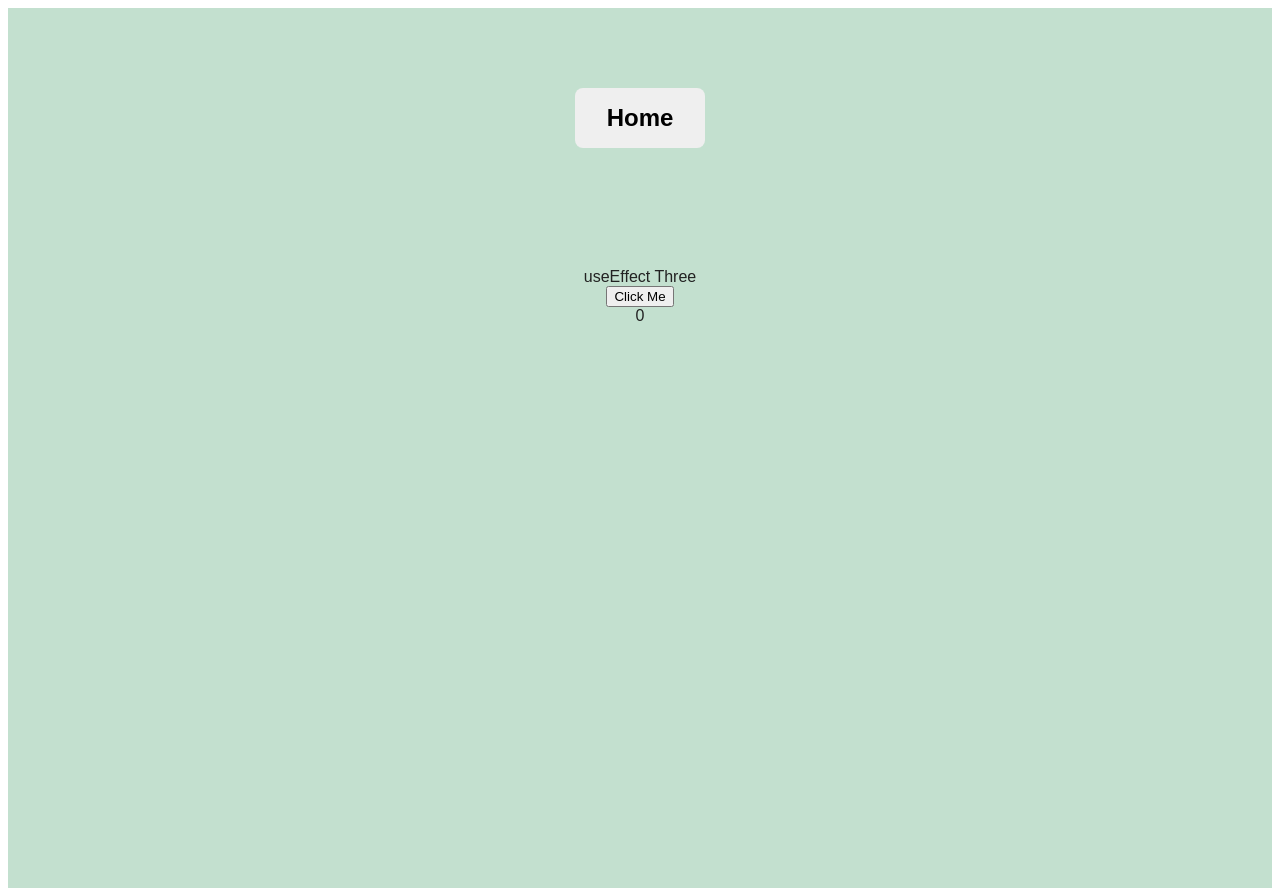
Repository: giovanabirck/class8
Page: /useEffectThree
An editor plug-in stored every save of this project. The page is shown before and after the next save, followed by the edit.
The browser window is 1280 px wide. The pictures show the whole page.
The project was rebuilt for these pictures with package versions that can differ from the ones it lists, and the page was loaded fresh each time. The framework's server and built-in components were replaced by stand-ins that run in the browser. Also part of the build but not shown: next.config.js.

Above is the page before, as saved 2023-02-23 18:13:58.

### pages/useEffectThree.js
import Link from "next/link"
import { useEffect, useState } from "react";
import styles from '@/styles/UseEffectThree.module.css'


export default function useEffectThree() {

    const [number, setNumber] = useState(0);

    const [value, setValue] = useState(-10);

    useEffect(() => {
        setValue(value + 10)
    }, [number])

    return(
        <>
            <main className={styles.main}>

                <div className={styles.top_back}>
                    <Link href="/">
                        <button className={styles.btn}>Home</button>
                    </Link>
                </div>

                <div className={styles.content}>

                </div>

                <div>
                    useEffect Three
                </div>

                <div>
                    <button onClick={() => setNumber(number + 1)}>Click Me</button>
                </div>

                <div>
                    {value}
                </div>

            </main>
        </>
    )
}

### styles/globals.css
:root {
  --blue: #95CDF9;
  --green: #C3E0CF;
  --orange: #EF8B66;
  --white: #f4f9fd;
  --black: #222222;
  }

### styles/UseEffectThree.module.css
.main {
    display: flex;
    flex-direction: column;
    align-items: center;
    padding: 5rem;
    height: 100vh;
    font-family: Arial, Helvetica, sans-serif;
    color: var(--black);
    background-color: var(--green);
  }

  .btn {
    font-weight: 900;
    font-size: 1.5rem;
    padding: 1rem 2rem;
    border-radius: 0.5rem;
    border-style: none;
    cursor: pointer;
  }

  .top_back {
    height: 25vh;
  }

  .content {
    display: flex;
    flex-direction: column;
    align-items: center;
    font-size: 2rem;
    font-weight: 800;
  }

  .content_title {
    padding: 2rem;
  }

Loaded but not shown: pages/_app.js (common file); pages/_document.js (common file)

After the next save:
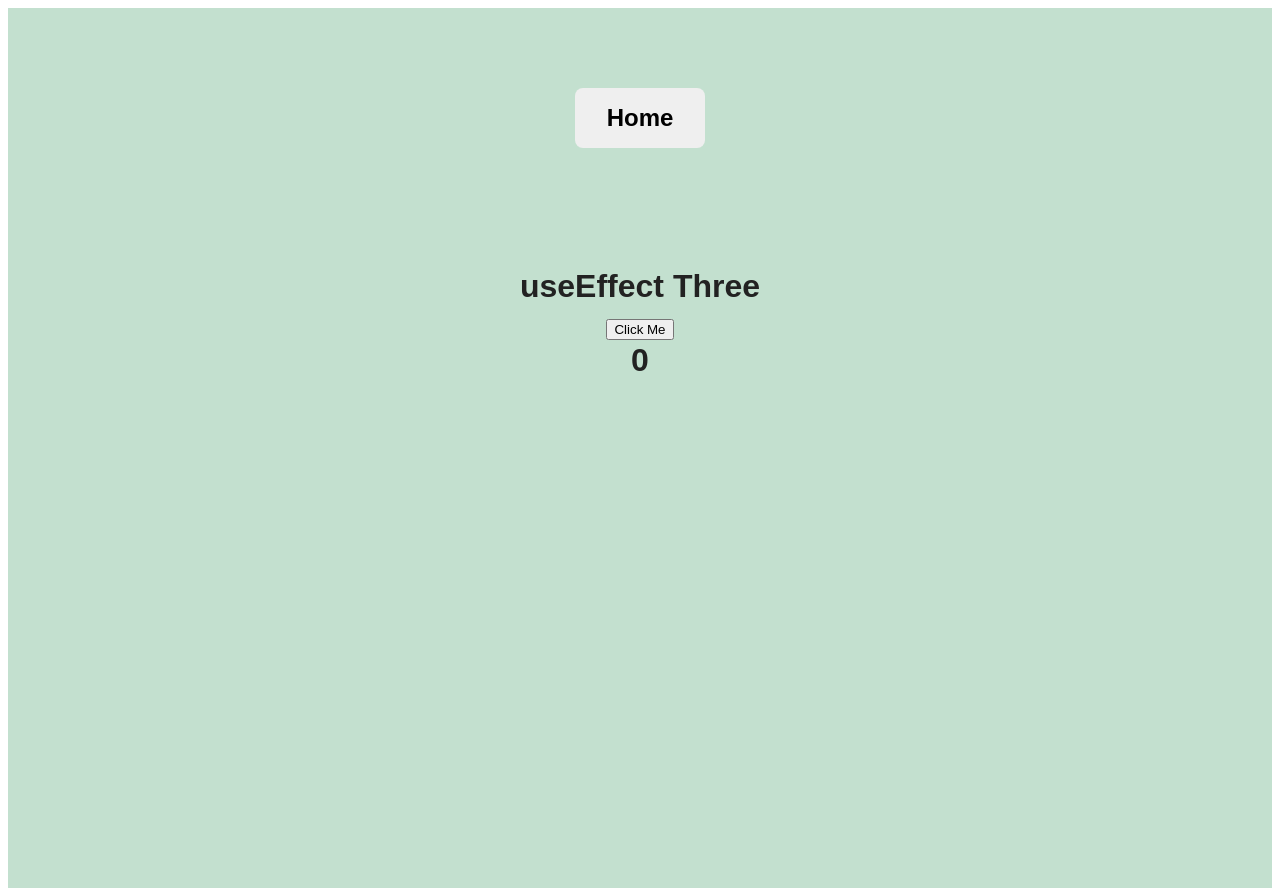
Saved 7 s later.
--- a/pages/useEffectThree.js
+++ b/pages/useEffectThree.js
@@ -24,20 +24,20 @@ export default function useEffectThree() {
                 </div>
 
                 <div className={styles.content}>
+                    <div>
+                        useEffect Three
+                    </div>
+
+                    <div>
+                        <button onClick={() => setNumber(number + 1)}>Click Me</button>
+                    </div>
+
+                    <div>
+                        {value}
+                    </div>
 
                 </div>
 
-                <div>
-                    useEffect Three
-                </div>
-
-                <div>
-                    <button onClick={() => setNumber(number + 1)}>Click Me</button>
-                </div>
-
-                <div>
-                    {value}
-                </div>
 
             </main>
         </>
